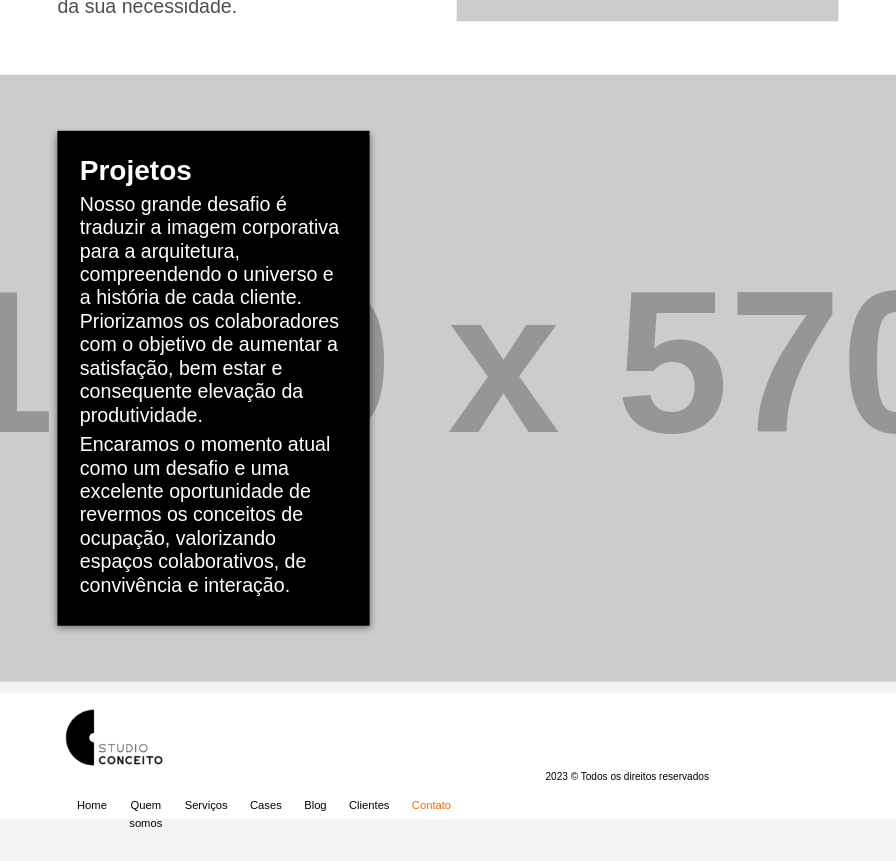
Repository: Upstairs-Agencia/studio-conceito-react
Page: /servicos
The author's editor kept a copy of each file at every save. The page is drawn from the files as they stood at one save, then again after the next save.
The browser window is 1280 px wide. The pictures show the part of the page from y = 887 to 2807 px (the page is 2117 px tall before and 2807 px after), at 70% of full size.
The project was rebuilt for these pictures with package versions that can differ from the ones it lists, and the page was loaded fresh each time. Also part of the build but not shown: src/pages/Home.js, src/pages/QuemSomos.js, src/pages/Cases.js, src/pages/Blog.js, src/pages/Clientes.js, src/pages/Contato.js.

Above is the page before, as saved 2024-12-29 03:17:13.

After the next save:
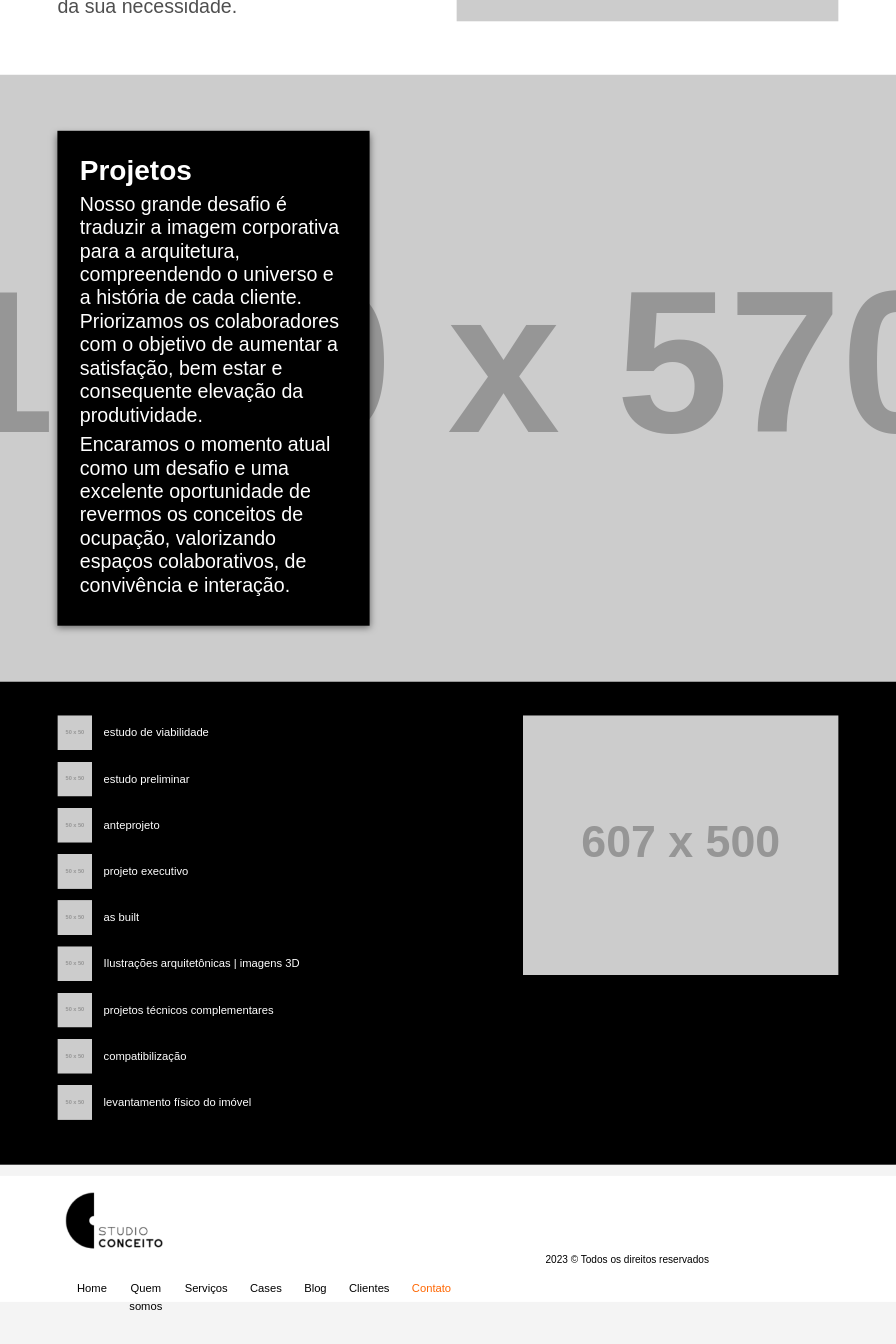
Saved 5 min 1 s later.
--- a/src/pages/Servicos.js
+++ b/src/pages/Servicos.js
@@ -5,6 +5,7 @@ import Footer from '../components/footer';
 
 const placeholderImage1 = 'https://placehold.co/607x500'; // Imagem ao lado do texto
 const placeholderImage2 = 'https://placehold.co/1920x570'; // Imagem de fundo
+const placeholderTopicImage = 'https://placehold.co/50x50'; // Placeholder para os ícones
 
 const Servicos = () => {
   return (
@@ -12,17 +13,18 @@ const Servicos = () => {
       <Navbar />
 
       {/* Seção de cabeçalho do Blog */}
-        <section className="bg-black text-white py-5">
-            <MDBContainer>
-            <MDBRow
+      <section className="bg-black text-white py-5">
+        <MDBContainer>
+          <MDBRow
             className="align-items-center"
-            style={{ height: '150px'}}>
-                <MDBCol md="6">
-                <h1 className="fw-bold">Serviços</h1>
-                </MDBCol>
-            </MDBRow>
-            </MDBContainer>
-        </section>
+            style={{ height: '150px' }}
+          >
+            <MDBCol md="6">
+              <h1 className="fw-bold">Serviços</h1>
+            </MDBCol>
+          </MDBRow>
+        </MDBContainer>
+      </section>
 
       {/* Sessão Projetar e Construir */}
       <section className="py-5 bg-white">
@@ -87,6 +89,46 @@ const Servicos = () => {
         </MDBContainer>
       </section>
 
+      {/* Sessão de tópicos com fundo preto */}
+      <section className="bg-black text-white py-5">
+        <MDBContainer>
+          <MDBRow>
+            <MDBCol md="7">
+              <ul className="list-unstyled">
+                {[
+                  "estudo de viabilidade",
+                  "estudo preliminar",
+                  "anteprojeto",
+                  "projeto executivo",
+                  "as built",
+                  "Ilustrações arquitetônicas | imagens 3D",
+                  "projetos técnicos complementares",
+                  "compatibilização",
+                  "levantamento físico do imóvel"
+                ].map((item, index) => (
+                  <li key={index} className="d-flex align-items-center mb-3">
+                    <img
+                      src={placeholderTopicImage}
+                      alt="Ícone"
+                      className="me-3"
+                      style={{ width: '50px', height: '50px' }}
+                    />
+                    <span>{item}</span>
+                  </li>
+                ))}
+              </ul>
+            </MDBCol>
+            <MDBCol md="5">
+              <img
+                src={placeholderImage1}
+                alt="Imagem de composição"
+                style={{ width: '100%', height: 'auto' }}
+              />
+            </MDBCol>
+          </MDBRow>
+        </MDBContainer>
+      </section>
+
       <Footer />
     </div>
   );
